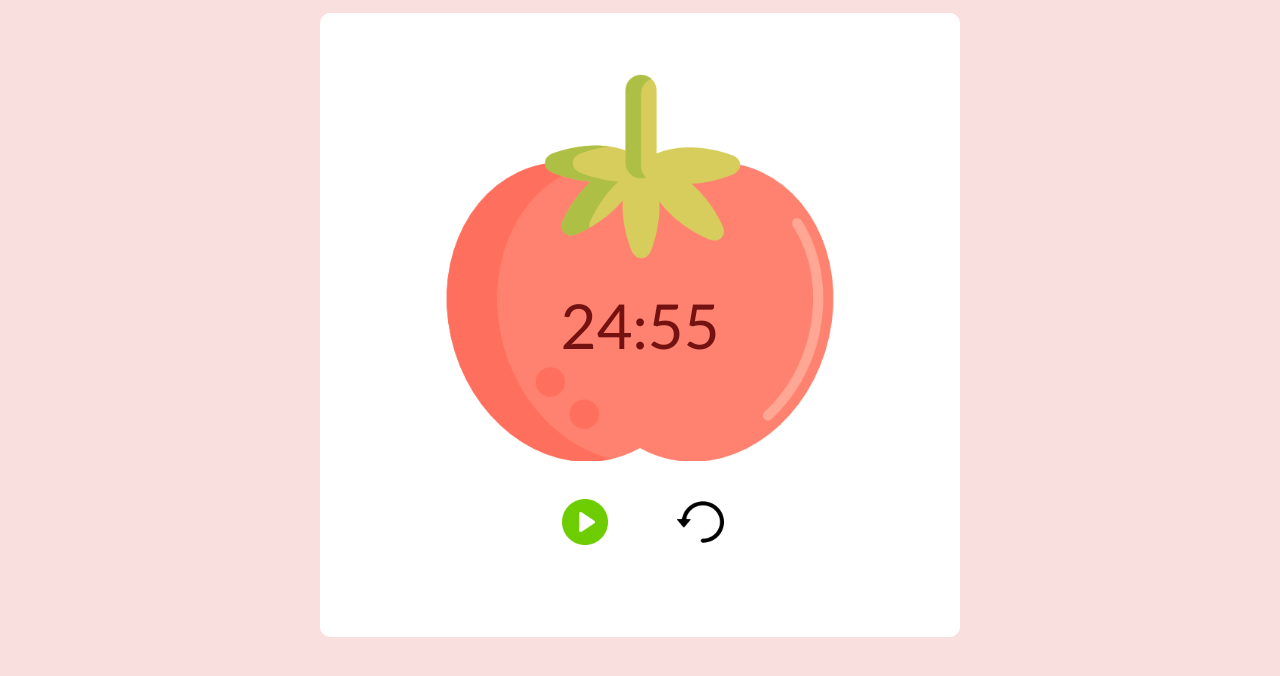
Repository: Dirlandia404/pomodoro
Page: /
An editor plug-in stored every save of this project. The page is shown before and after the next save, followed by the edit.
The browser window is 1280 px wide. The pictures show the whole page.
The project was rebuilt for these pictures with package versions that can differ from the ones it lists, and the page was loaded fresh each time.

Above is the page before, as saved 2021-11-26 11:02:47.

### public/index.html
<!DOCTYPE html>
<html lang="en">

<head>
  <meta charset="utf-8" />
  <link rel="icon" href="%PUBLIC_URL%/image 1.png" />
  <meta name="viewport" content="width=device-width, initial-scale=1" />
  <meta name="theme-color" content="#000000" />
  <meta name="description" content="Web site created using create-react-app" />
  <link rel="apple-touch-icon" href="%PUBLIC_URL%/logo192.png" />


  <link rel="preconnect" href="https://fonts.googleapis.com">
  <link rel="preconnect" href="https://fonts.gstatic.com" crossorigin>
  <link href="https://fonts.googleapis.com/css2?family=Lato&display=swap" rel="stylesheet">

  <link rel="manifest" href="%PUBLIC_URL%/manifest.json" />

  <title>Pomodoro Clock</title>
</head>

<body>
  <noscript>You need to enable JavaScript to run this app.</noscript>
  <div id="root"></div>

</body>

</html>

### src/index.jsx
import React from "react";
import ReactDOM from "react-dom";
import Clock from "./componentes/Primeiro";

ReactDOM.render(
    <Clock />,
    document.getElementById("root")
)

### src/componentes/Primeiro.jsx

import { useEffect, useState } from "react";
import "./componente.css";


function Clock(){
    const [minutes, setMinutes] = useState(25);
    const [seconds, setSeconds] = useState(0);
    const [pause, setPause] = useState(false);

    const formatMinutes =  minutes < 10 ? "0" + minutes : minutes;
    const formatSeconds =  seconds < 10 ? "0" + seconds : seconds;

   useEffect(() =>{
       let interval = setInterval(() => {
           if(!pause){
               clearInterval(interval);
                if(seconds === 0){
                    if(minutes !== 0){
                        setSeconds(59);
                        setMinutes(minutes - 1);
                    } else{
                    let seconds = 59;
                        setSeconds(seconds);
                        setMinutes(minutes);
                    }
                }else{
                    setSeconds(seconds - 1)
                }
            }else{
                setPause(interval);
            }
    }, 1000);
    }, [seconds]);

    return (
        <main>
            <form action="">
                <img src="/tomato.svg" alt="Tomate" />
                <p className="time">{formatMinutes}:{formatSeconds}</p>
                <div className="butoes">
                   {!pause ? <button className="play"  onClick={() =>{setPause(false)}}>
                        <img src="./botao-play.png" alt="" />
                    </button> :
                    <button className="pause"  onClick={() =>{setPause(true)}}>
                        <img src="./pausa.png" alt="" />
                    </button>}

                    <button className="reset" >
                        <img src="./seta-circular.png" alt="" />
                    </button>
                </div>
            </form>
        </main>
    );
}

export default Clock

### src/componentes/componente.css
*{
    margin: 0;
    border: 0;
    padding: 0;
}
body{
    background-color: rgba(233, 93, 93, 0.192);

    display: flex;
    position: fixed;

    text-align: center;
    align-items: center;
    justify-content: center;
}
main {
    background-color: white;
    min-width: 375px;
    max-width: 50%;

    margin-left: 25vw;
    margin-right: 25vw;

    justify-content: center;

    padding: 2rem;
    border-radius: 10px;

    margin-top: 1%;
    margin-bottom: 1%;

}

form{
    display: flex;
    flex-direction: column;
    margin-top: 5%;
    margin-bottom: 5%;

}

img{
    width: 80%;
    margin-left: 10%;
}
p.time {

    margin-top: -40%;
    padding: 10%;
    font-size: 62px;
    font-family:  'Lato', sans-serif;
    color: rgb(116, 18, 18);
}
div.butoes{
    align-items: center;
}
button{
    background: none;
    margin-top: 50px;
    padding: 5%;
    width: 20%;
}

After the next save:
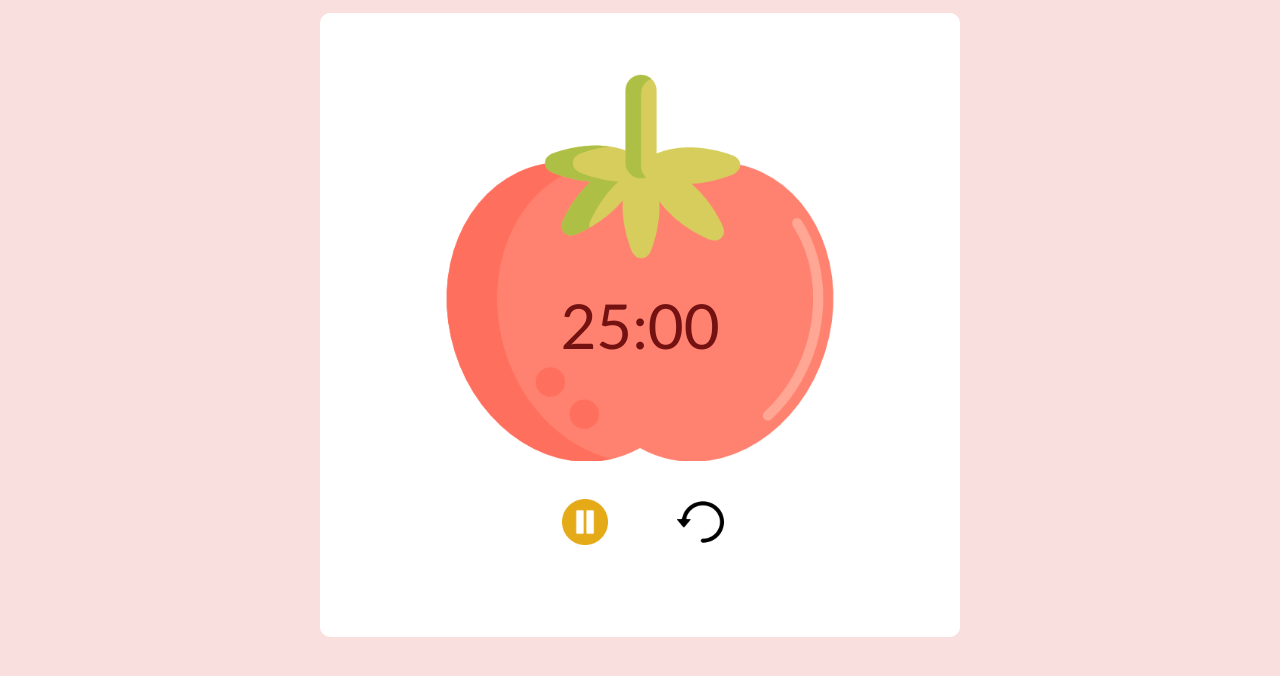
Saved 34 s later.
--- a/src/componentes/Primeiro.jsx
+++ b/src/componentes/Primeiro.jsx
@@ -6,7 +6,7 @@ import "./componente.css";
 function Clock(){
     const [minutes, setMinutes] = useState(25);
     const [seconds, setSeconds] = useState(0);
-    const [pause, setPause] = useState(false);
+    const [pause, setPause] = useState(true);
 
     const formatMinutes =  minutes < 10 ? "0" + minutes : minutes;
     const formatSeconds =  seconds < 10 ? "0" + seconds : seconds;
